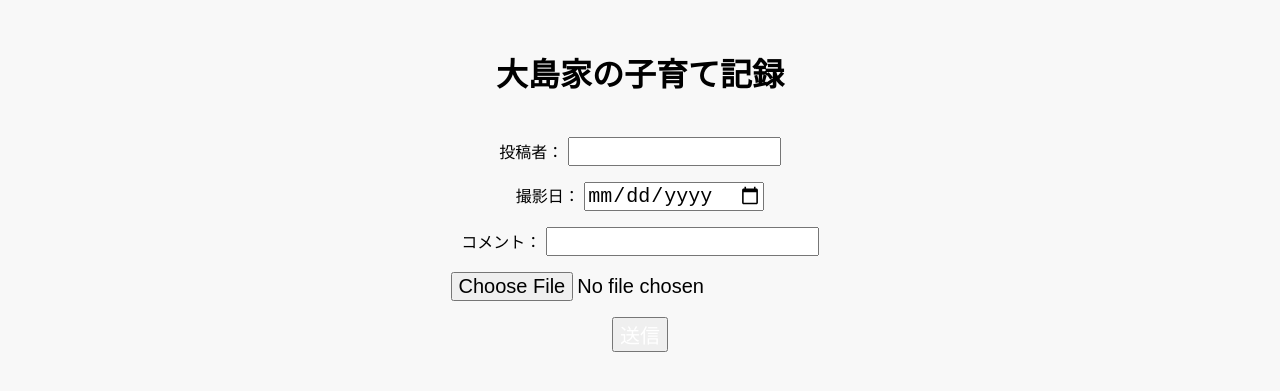
Repository: daidai0602/gs_kadai_questionnaire
Page: http://localhost/post.php
The author's editor kept a copy of each file at every save. The page is drawn from the files as they stood at one save, then again after the next save.
The browser window is 1280 px wide. The pictures show the whole page.
The page is run by PHP 8.4 with error messages shown; the project is at /var/www/html/.

Above is the page before, as saved 2023-11-15 22:44:03.

After the next save:
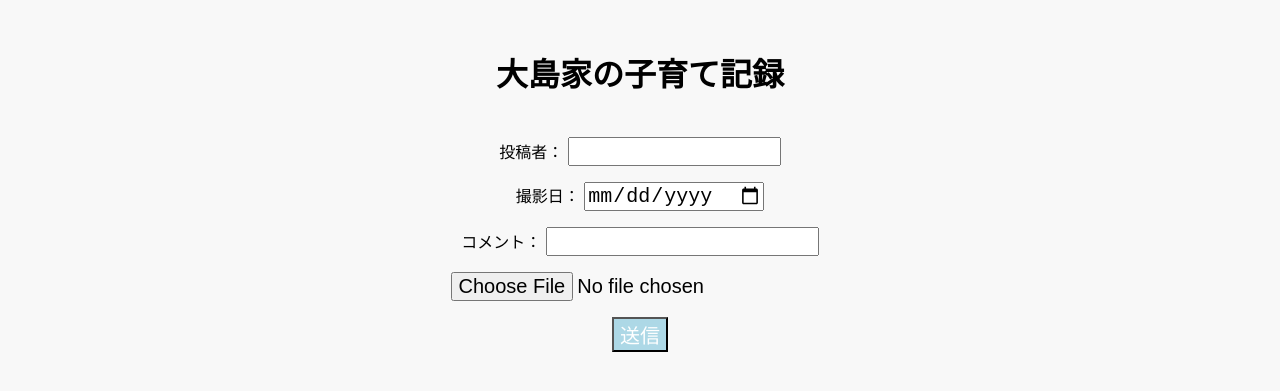
Saved 6 s later.
--- a/post.php
+++ b/post.php
@@ -18,7 +18,7 @@
       font-size: 20px;
     }
     input[type=submit]{
-      background-color: ;
+      background-color: lightblue;
       color: white;
     }
 
